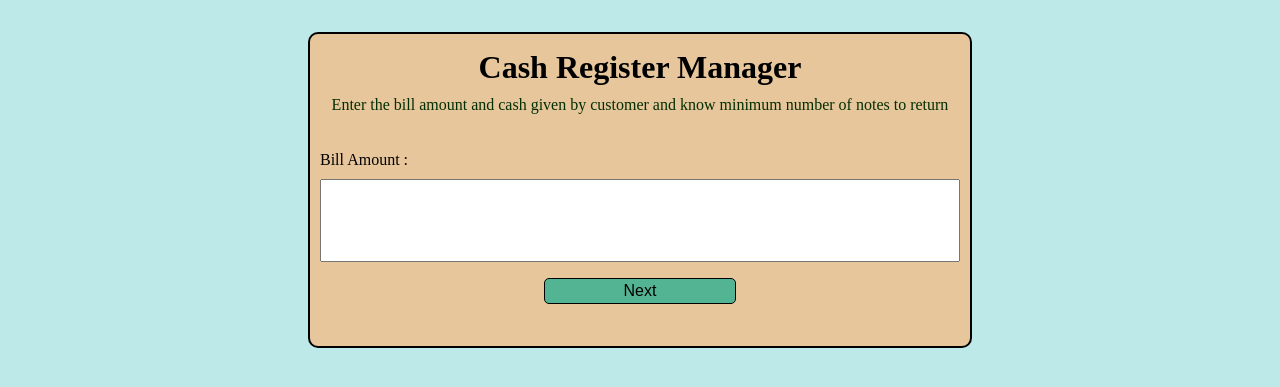
Repository: patelamancode/Cash-register-manager-app
Page: index.html
The author's editor kept a copy of each file at every save. The page is drawn from the files as they stood at one save, then again after the next save.
The browser window is 1280 px wide. The pictures show the whole page.

Above is the page before, as saved 2022-11-21 21:54:52.

### index.html
<!DOCTYPE html>
<html lang="en">

<head>
    <meta charset="UTF-8">
    <meta http-equiv="X-UA-Compatible" content="IE=edge">
    <meta name="viewport" content="width=device-width, initial-scale=1.0">
    <link rel="stylesheet" href="index.css">
    <title>Cash register app</title>
</head>

<body>
    <div id="main-container">
        <h1 class="heading">Cash Register Manager</h1>
        <p id="description">Enter the bill amount and cash given by customer
            and know minimum number of notes to return
        </p>
        <p class="error-check-for-bill">Please make sure input bill amount must be positive and non-zero value</p>
        <label for="Bill-amount">Bill Amount :</label>
        <input type="text" id="bill-amount">
        <button id="next-btn">Next</button>
        <div class="sub-container">
            <label for="Cash-amount" class="cash-section">User Cash :</label>
            <input type="text" id="cash-amount">
            <button class="check-btn">Check</button>
            <p class="error-message"></p>
            <table class="change-cash">
                <caption>Return Change Cash :</caption>
                <tr>
                    <th>No. of notes</th>
                    <td class="notes-number"></td>
                    <td class="notes-number"></td>
                    <td class="notes-number"></td>
                    <td class="notes-number"></td>
                    <td class="notes-number"></td>
                    <td class="notes-number"></td>
                    <td class="notes-number"></td>
                    <td class="notes-number"></td>
                    <td class="notes-number"></td>
                    <td class="notes-number"></td>
                </tr>
                <tr>
                    <th>Notes</th>
                    <td>2000</td>
                    <td>1000</td>
                    <td>500</td>
                    <td>200</td>
                    <td>100</td>
                    <td>50</td>
                    <td>20</td>
                    <td>10</td>
                    <td>5</td>
                    <td>1</td>
                </tr>
            </table>
        </div>
    </div>

    <script src="index.js"></script>
</body>

</html>

### index.css
*{
    margin: 0;
    padding: 0;
}

body{
    background-color: rgb(189, 233, 233);
}

#main-container{
    display: flex;
    flex-direction: column;
    width: 50vw;
    margin: auto;
    margin-top: 2rem;
    padding: 10px;
    border: 2px solid black;
    border-radius: 10px;
    background-color: rgb(231, 198, 156);
    text-align: center;
}

h1{
    margin-bottom: 10px;
    padding-top: 5px;
}

#description{
    font-size: 1rem;
    color: rgb(2, 46, 2);
    margin-bottom: 2rem;
}

.error-check-for-bill{
    background-color: yellow;
    height: 20px;
    display: none;
    padding: 0.5rem;
}

label{
    text-align: left;
    margin-bottom: 10px;
    margin-top: 5px;
}

input{
    margin-bottom: 1rem;
    text-decoration: none;
    padding: 2rem;
}

button{
    width: 30%;
    margin: auto;
    margin-bottom: 2rem;
    padding: 3px;
    font-size: 1rem;
    font-weight: 500;
    border: 1px solid;
    background-color: rgb(83, 180, 148);
    border-radius: 5px;
}

caption{
    margin-top: 1.5rem;
    margin-bottom: 1rem;
}

table, th, td{
    border: 1px solid black;
}
table{
    border-collapse: collapse;
}

.sub-container{
    display: none;
    flex-direction: column;
    width: 50vw;
    margin: auto;
}






@media(max-width: 700px){

}

### index.js
// document.querySelector('.check-btn').addEventListener('click', function(){
//     console.log("Check button is clicked")
// })

const billAmount = document.querySelector('#bill-amount');
const cashAmount = document.querySelector('#cash-amount');
const checkButton = document.querySelector('.check-btn');
const errorMessage = document.querySelector('.error-message');
const notesDisplay = document.querySelectorAll('.notes-number');
const hideContent = document.querySelector('.sub-container');
const nextButton = document.querySelector('#next-btn');
const mainError = document.querySelector('.error-check-for-bill');


nextButton.addEventListener('click', function(){
    hideContent.style.display = "flex";
    nextButton.style.display = "none";
    if(!billAmount.value){
        hideContent.style.display = "none";
        mainError.style.display = "block"
    }
});

const displayErrorMessage = function (message) {
    errorMessage.style.display = "block";
    errorMessage.style.backgroundColor = "red";
    errorMessage.innerText = message;
};
const hideErrorMessage = function(){
    errorMessage.style.display = "none";

};

const notesArray = [2000, 1000, 500, 200, 100, 50, 20, 10, 5, 1];
const numberOfNotesGiven = function(returnAmount){
    for(let i=0; i< notesArray.length; i++){
        let notesCount = Math.trunc(returnAmount/notesArray[i]);
        returnAmount = returnAmount%notesArray[i];
        notesDisplay[i].innerText = notesCount;
    }
};

checkButton.addEventListener('click', function amountValidation() {
    hideErrorMessage();

    if (billAmount.value > 0) {
        if(cashAmount.value > billAmount.value){
            const returnAmount = cashAmount.value - billAmount.value;
            numberOfNotesGiven(returnAmount);
        }
        else if(cashAmount.value === billAmount.value){
            displayErrorMessage("AMOUNTS ARE EQUALS NO NEED FOR CHANGE")
        }
        else{
            displayErrorMessage("Invalid Cash value as per Bill amount");
        }
    }
    else {
        displayErrorMessage("Please make sure input bill amount must be positive and non-zero value");
    }
});

After the next save:
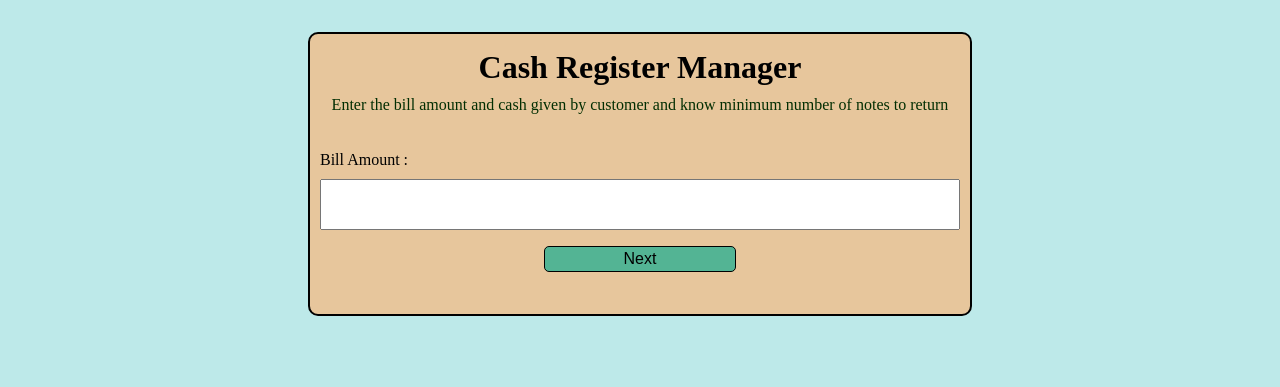
Saved 16 s later.
--- a/index.css
+++ b/index.css
@@ -47,7 +47,7 @@ label{
 input{
     margin-bottom: 1rem;
     text-decoration: none;
-    padding: 2rem;
+    padding: 1rem;
 }
 
 button{
